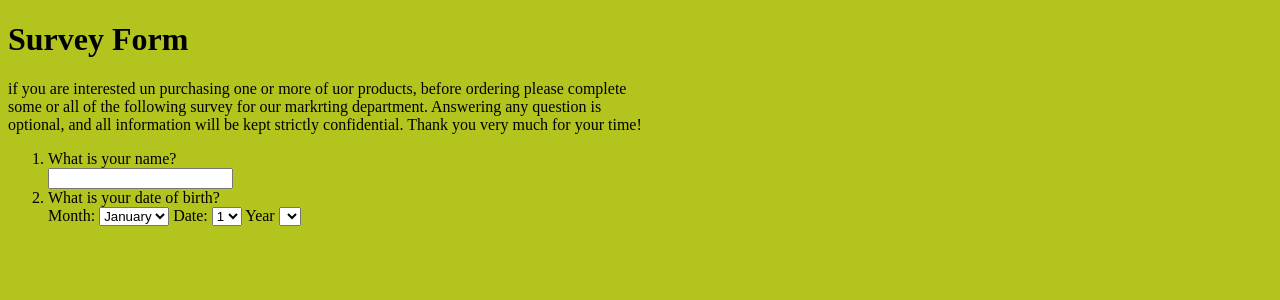
Repository: PhamChiXuan1/HTCNW_tuan3_DHCNTT16C_PhamChiXuan_20030131
Page: bt17.html
An editor plug-in stored every save of this project. The page is shown before and after the next save, followed by the edit.
The browser window is 1280 px wide. The pictures show the whole page.

Above is the page before, as saved 2022-02-27 22:11:19.

After the next save:
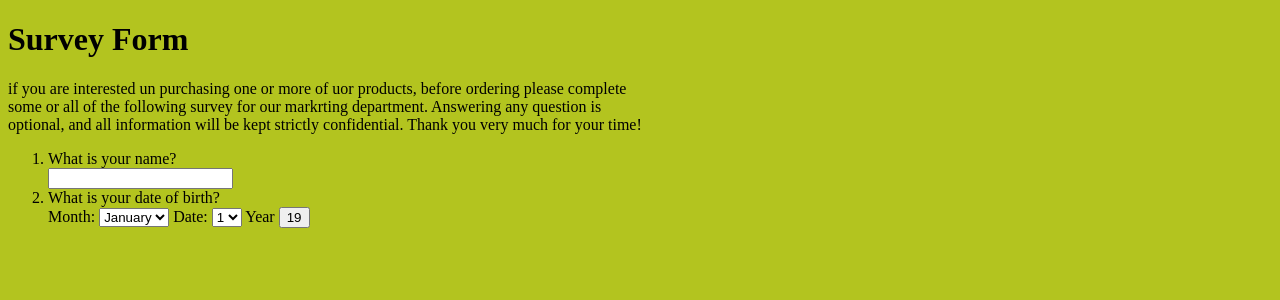
Saved 42 s later.
--- a/bt17.html
+++ b/bt17.html
@@ -25,9 +25,7 @@
                 <option value="1">1</option>
             </select>
             <label for="cars">Year</label>
-            <select id="cars" name="cars">
-                <option value=""></option>
-            </select>
+            <input type="button" value="19">
 
         </form>
     </ol>
